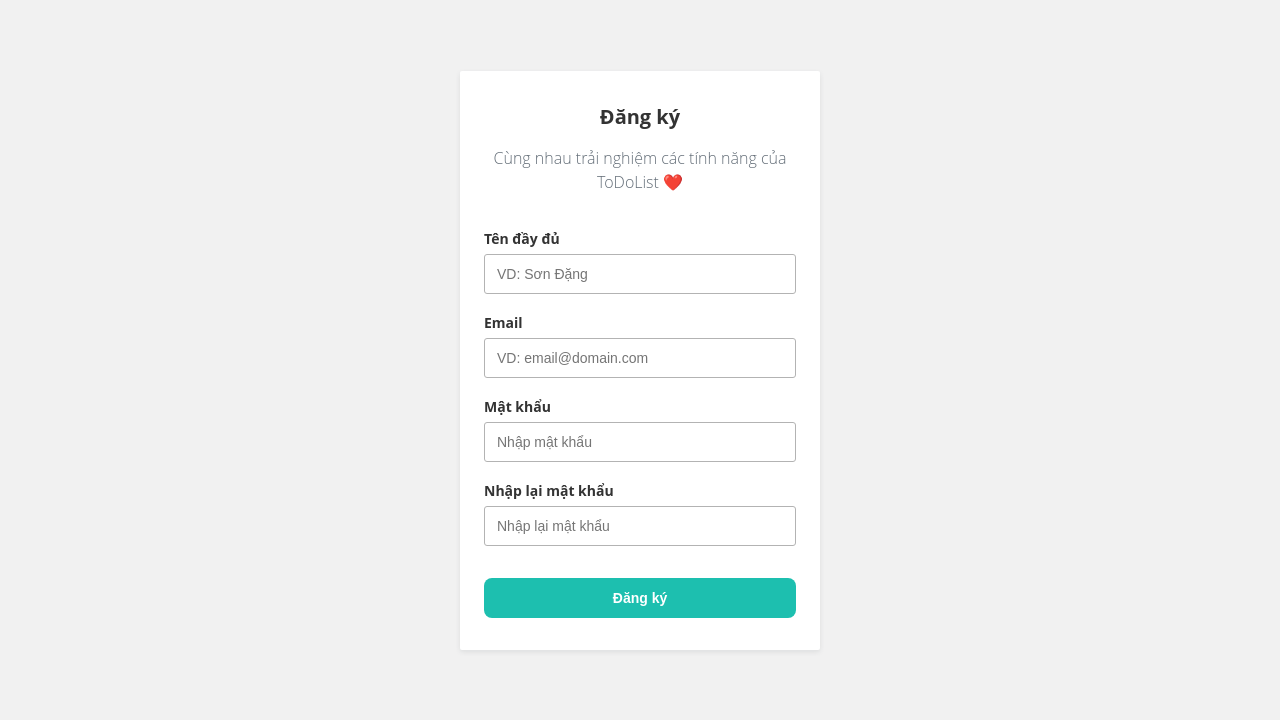
Repository: ndxbinh1922001/signup
Page: index.html
An editor plug-in stored every save of this project. The page is shown before and after the next save, followed by the edit.
The browser window is 1280 px wide. The pictures show the whole page.

Above is the page before, as saved 2021-10-16 14:08:50.

### index.html
<!DOCTYPE html>
<html lang="en">
<head>
    <meta charset="UTF-8">
    <meta http-equiv="X-UA-Compatible" content="IE=edge">
    <meta name="viewport" content="width=device-width, initial-scale=1.0">
    <link rel="stylesheet" href="/css/style.css">
    <title>Document</title>
</head>
<body>
    <div class="main">

  <form action="" method="POST" class="form" id="form-1">
    <h3 class="heading">Đăng ký</h3>
    <p class="desc">Cùng nhau trải nghiệm các tính năng của ToDoList ❤️</p>

    <div class="spacer"></div>

    <div class="form-group">
      <label for="fullname" class="form-label">Tên đầy đủ</label>
      <input id="fullname" name="fullname" type="text" placeholder="VD: Sơn Đặng" class="form-control">
      <span class="form-message"></span>
    </div>

    <div class="form-group">
      <label for="email" class="form-label">Email</label>
      <input id="email" name="email" type="text" placeholder="VD: email@domain.com" class="form-control">
      <span class="form-message"></span>
    </div>

    <div class="form-group">
      <label for="password" class="form-label">Mật khẩu</label>
      <input id="password" name="password" type="password" placeholder="Nhập mật khẩu" class="form-control">
      <span class="form-message"></span>
    </div>

    <div class="form-group">
      <label for="password_confirmation" class="form-label">Nhập lại mật khẩu</label>
      <input id="password_confirmation" name="password_confirmation" placeholder="Nhập lại mật khẩu" type="password" class="form-control">
      <span class="form-message"></span>
    </div>

    <button class="form-submit">Đăng ký</button>
  </form>

</div>
<scrip src="/css/validator.js"></scrip>
</body>
</html>

### css/style.css
* {
    padding: 0;
    margin: 0;
    box-sizing: border-box;
}

html {
    color: #333;
    font-size: 62.5%;
    font-family: "Open Sans", sans-serif;
}

.main {
    background: #f1f1f1;
    min-height: 100vh;
    display: flex;
    justify-content: center;
}

.form {
    width: 360px;
    min-height: 100px;
    padding: 32px 24px;
    text-align: center;
    background: #fff;
    border-radius: 2px;
    margin: 24px;
    align-self: center;
    box-shadow: 0 2px 5px 0 rgba(51, 62, 73, 0.1);
}

.form .heading {
    font-size: 2rem;
}

.form .desc {
    text-align: center;
    color: #636d77;
    font-size: 1.6rem;
    font-weight: lighter;
    line-height: 2.4rem;
    margin-top: 16px;
    font-weight: 300;
}

.form-group {
    display: flex;
    margin-bottom: 16px;
    flex-direction: column;
}

.form-label,
.form-message {
    text-align: left;
}

.form-label {
    font-weight: 700;
    padding-bottom: 6px;
    line-height: 1.8rem;
    font-size: 1.4rem;
}

.form-control {
    height: 40px;
    padding: 8px 12px;
    border: 1px solid #b3b3b3;
    border-radius: 3px;
    outline: none;
    font-size: 1.4rem;
}

.form-control:hover {
    border-color: #1dbfaf;
}

.form-group.invalid .form-control {
    border-color: #f33a58;
}

.form-group.invalid .form-message {
    color: #f33a58;
}

.form-message {
    font-size: 1.2rem;
    line-height: 1.6rem;
    padding: 4px 0 0;
}

.form-submit {
    outline: none;
    background-color: #1dbfaf;
    margin-top: 12px;
    padding: 12px 16px;
    font-weight: 600;
    color: #fff;
    border: none;
    width: 100%;
    font-size: 14px;
    border-radius: 8px;
    cursor: pointer;
}

.form-submit:hover {
    background-color: #1ac7b6;
}

.spacer {
    margin-top: 36px;
}

After the next save:
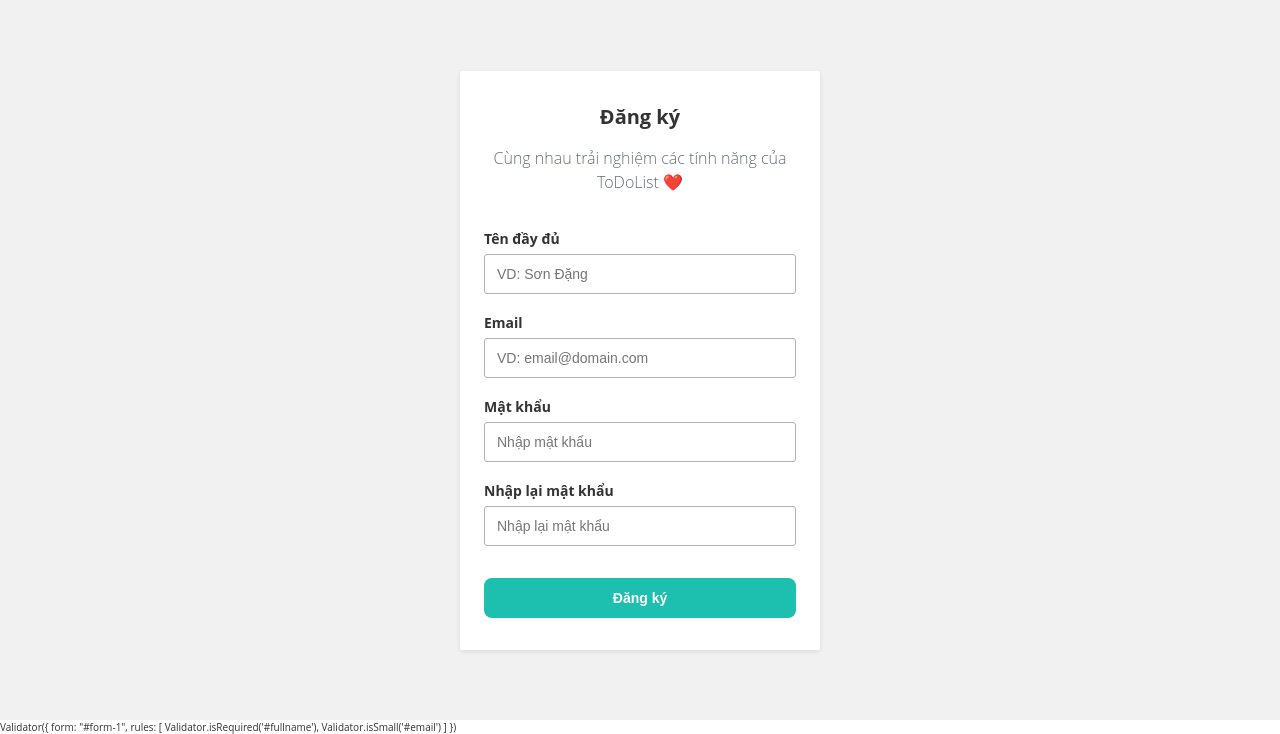
Saved 3 min 39 s later.
--- a/index.html
+++ b/index.html
@@ -45,5 +45,14 @@
 
 </div>
 <scrip src="/css/validator.js"></scrip>
+<scrip>
+    Validator({
+        form: "#form-1",
+        rules: [
+            Validator.isRequired('#fullname'),
+            Validator.isSmall('#email')
+        ]
+    })
+</scrip>
 </body>
 </html>
